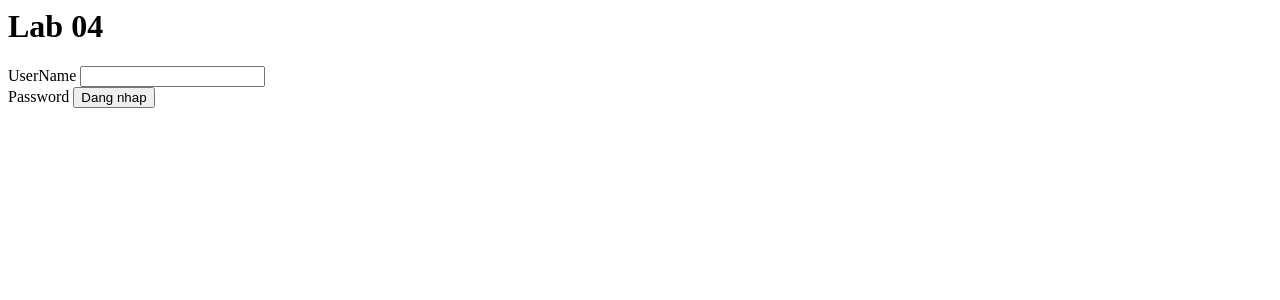
Repository: LuongPTCE181311/learning_typeScript_topic_1
Page: chapter06/Lab04/lab04.html
The author's editor kept a copy of each file at every save. The page is drawn from the files as they stood at one save, then again after the next save.
The browser window is 1280 px wide. The pictures show the whole page.

Above is the page before, as saved 2025-12-02 12:56:43.

After the next save:
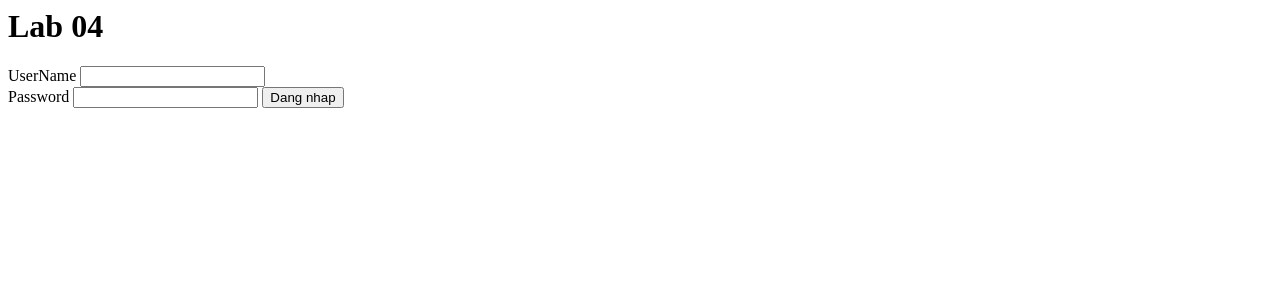
Saved 5 s later.
--- a/chapter06/Lab04/lab04.html
+++ b/chapter06/Lab04/lab04.html
@@ -11,6 +11,7 @@
         <input id="inputName"/>
         <br />
         <span>Password</span>
+        <input id="inputName"/>
         <button id="submit">Dang nhap</button>
     </div>
     <script src="lab04.js"></script>
